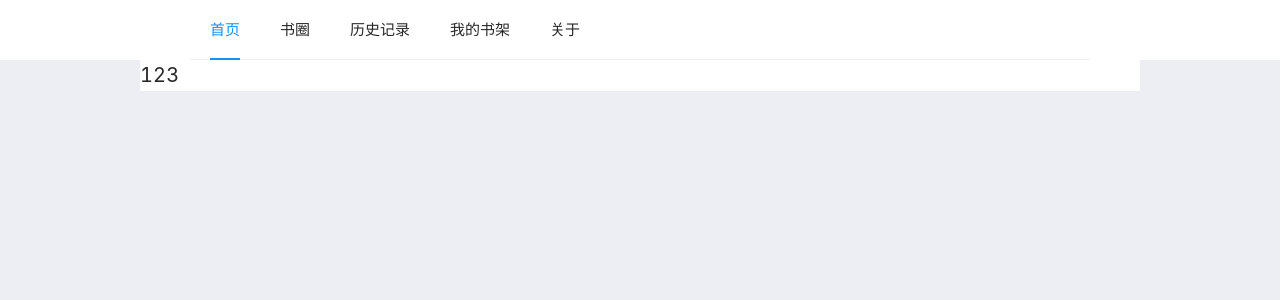
Repository: Fengjing95/book-react
Page: /
These files come from the project's save history. The page is drawn as it stood at one moment and after the next save; the edit follows.
The browser window is 1280 px wide. The pictures show the whole page.
The project was rebuilt for these pictures with package versions that can differ from the ones it lists, and the page was loaded fresh each time.

Above is the page before, as saved 2021-02-19 11:37:05.

After the next save:
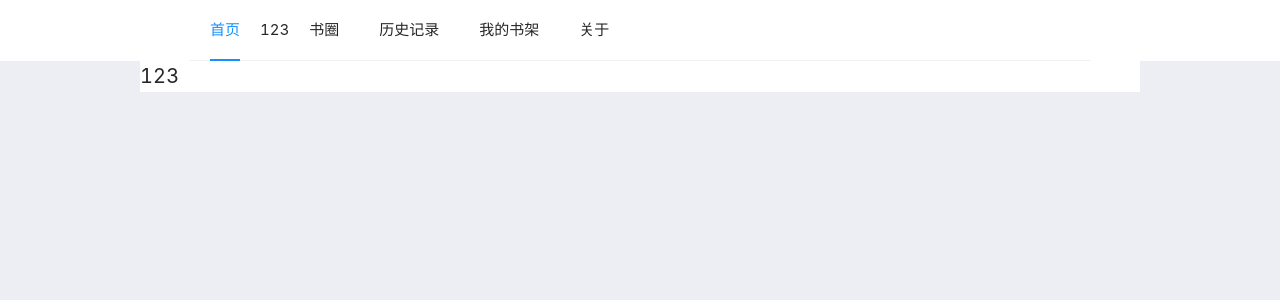
Saved 10 s later.
--- a/src/components/MyMenu/MyMenu.jsx
+++ b/src/components/MyMenu/MyMenu.jsx
@@ -39,7 +39,7 @@
             </Menu.Item>
           })
         }
-
+        <div>123</div>
       </Menu>
       </div>
     )
